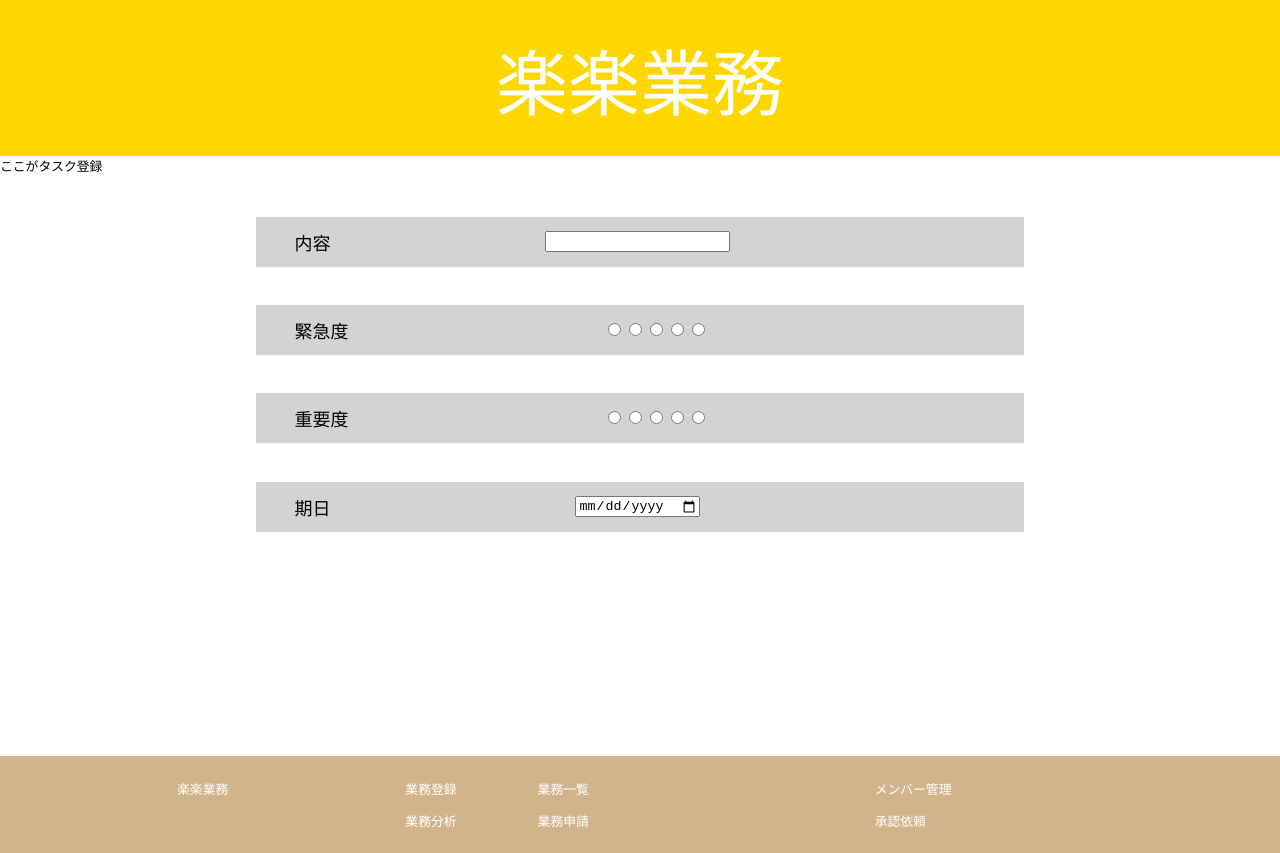
Repository: Reiya-1003/VueReplaceTask
Page: /#/register
These files come from the project's save history. The page is drawn as it stood at one moment and after a run of saves; the edit follows.
The browser window is 1280 px wide. The pictures show the whole page.
The project was rebuilt for these pictures with package versions that can differ from the ones it lists, and the page was loaded fresh each time. Also part of the build but not shown: vue.config.js, src/components/pages/PageHome.vue.

Above is the page before, as saved 2022-06-16 15:43:45.

After the next 2 saves:
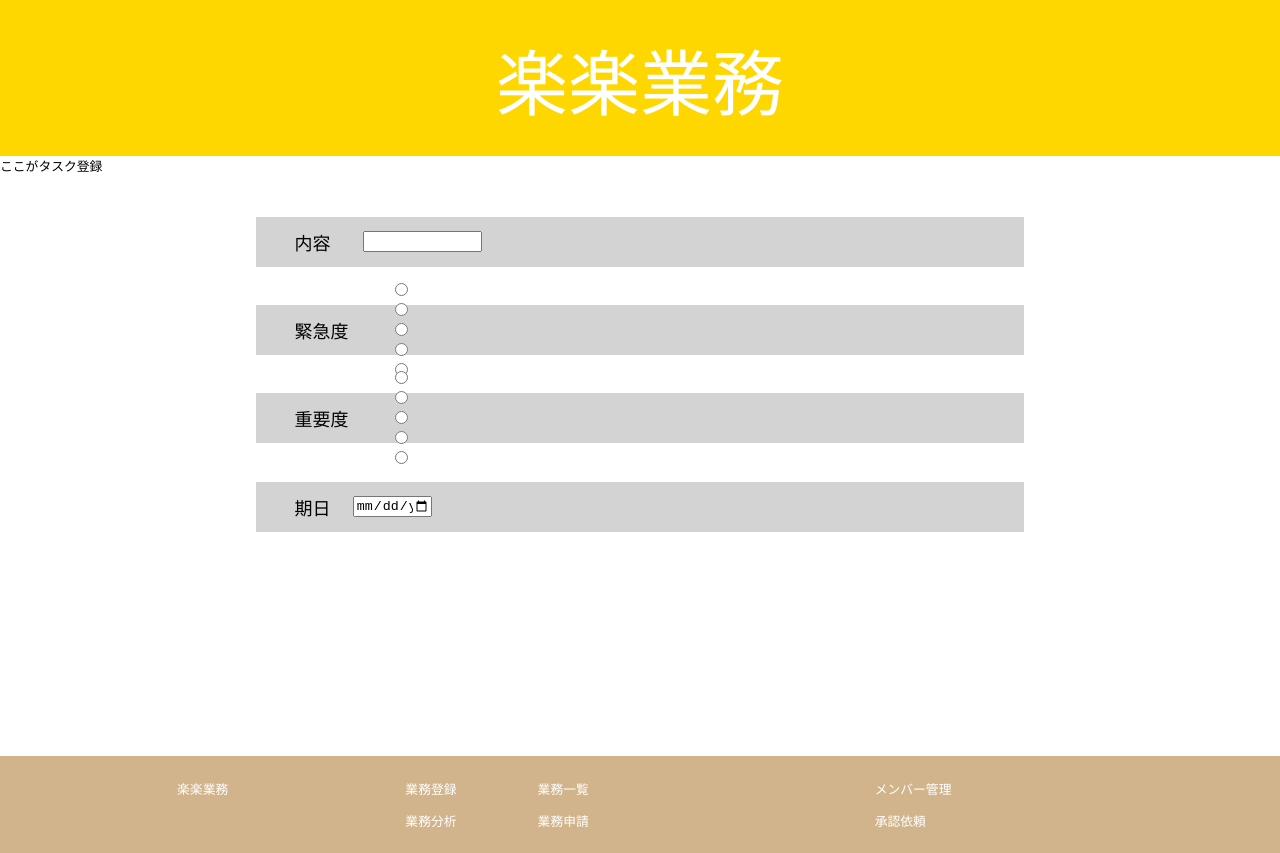
The 2 saves are shown as one change because they came seconds apart.
The last was saved 78 s later.
--- a/src/components/pages/PageRegister.vue
+++ b/src/components/pages/PageRegister.vue
@@ -38,7 +38,9 @@ export default {
      font-size: large;
    }
    .item{
-       width: 80%;
+       input{
+         width: 60%;
+       }
      }
   }
 
